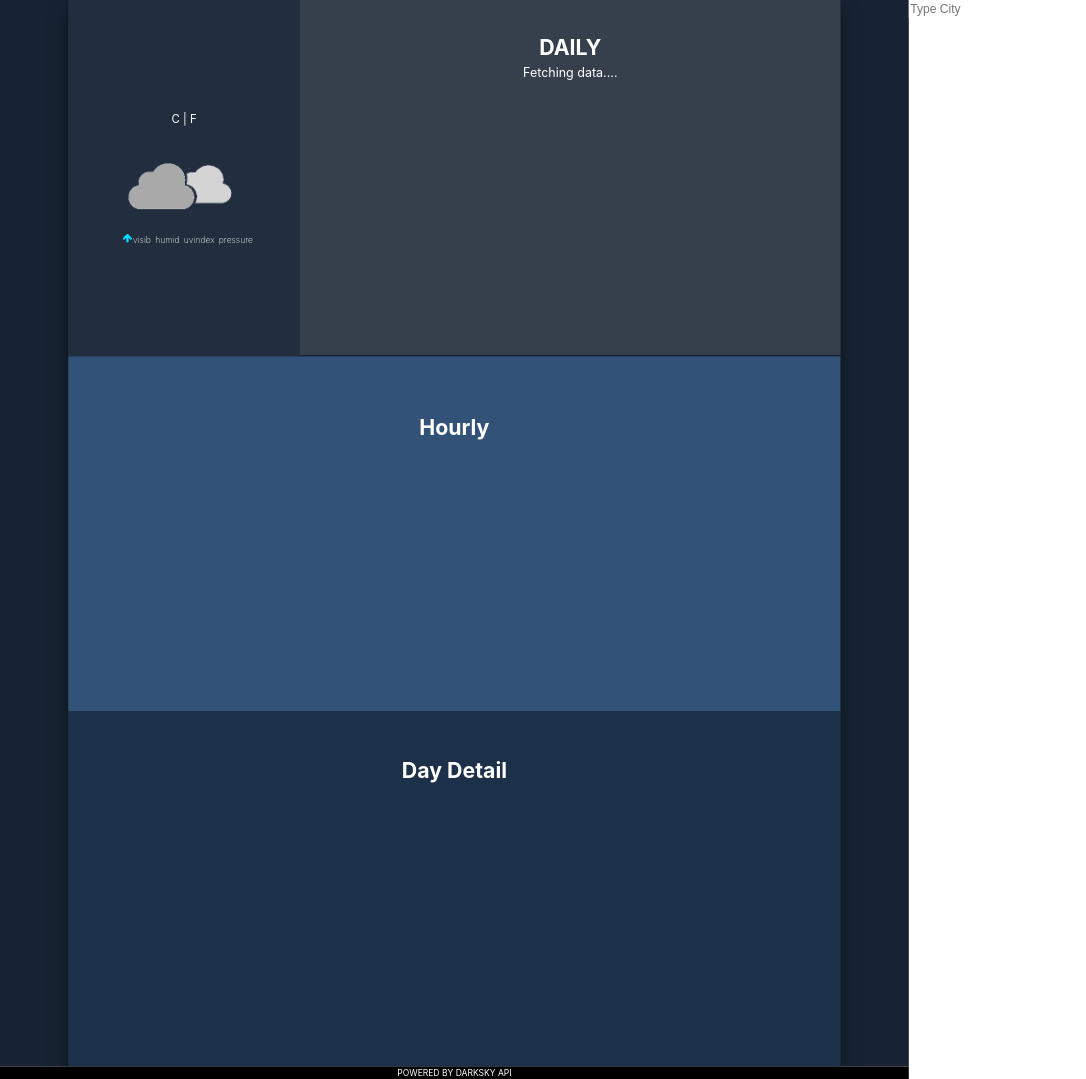
Repository: DOODpls/assignment3_weather
Page: index.html
An editor plug-in stored every save of this project. The page is shown before and after the next save, followed by the edit.
The browser window is 1280 px wide. The page is 1530 px wide, so the pictures cover 1530 px, including what lies to the right of the window. The pictures show the whole page, at 71% of full size.
Some web fonts or font styles are not loaded; a fallback is used. Some web libraries are served in a nearby version.

Above is the page before, as saved 2020-01-07 19:26:00.

### index.html
<!DOCTYPE html>
<html lang="en">
    <head>
        <meta charset="UTF-8" />
        <meta name="viewport" content="width=device-width, initial-scale=1.0" />
        <meta http-equiv="X-UA-Compatible" content="ie=edge" />
        <script src="https://ajax.googleapis.com/ajax/libs/jquery/1/jquery.min.js" type="text/javascript"></script>
        <script src="https://ajax.googleapis.com/ajax/libs/jqueryui/1.10.3/jquery-ui.min.js"></script>
        <script src="https://cdnjs.cloudflare.com/ajax/libs/font-awesome/5.11.2/js/all.js"></script>
        <title>The Weathering</title>
        <link rel="shortcut icon" href="./icons/favicon.ico" />
        <link
            rel="stylesheet"
            href="https://cdnjs.cloudflare.com/ajax/libs/bulma/0.7.5/css/bulma.min.css"
            integrity="sha256-vK3UTo/8wHbaUn+dTQD0X6dzidqc5l7gczvH+Bnowwk="
            crossorigin="anonymous"
        />
        <link
            rel="stylesheet"
            href="https://cdnjs.cloudflare.com/ajax/libs/open-iconic/1.1.1/font/css/open-iconic.min.css"
            integrity="sha256-CfN2r6i/dqkUHVRqpBzO3w21SnIWalwGfj5ScBPVzmI="
            crossorigin="anonymous"
        />
        <link rel="stylesheet" href="styles.css" />
    </head>
    <body>
        <div class="page">
            <div class="main-container">
                <div class="today-container">

                  <form action="" method="post" name="form_citydetails" id="form_citydetails" enctype="multipart/form-data" onsubmit="return false;">
                    <input class="ff_elem city-text" type="text" name="ff_nm_from[]" value="" id="f_elem_city" placeholder="Type City" onkeydown="search(this)"/>
                    </form>
                    <div class="today-stage">
                      <div class="unitswitcher">
                        <div class="celcius" id='cell'>C</div>
                        <br>
                        <p>&nbsp;|&nbsp;</p>
                        <div class="farenheight" id="farr">F</div>
                      </div>
                        <div class="info-holder">
                          <div class="preload"></div>
                          <canvas id="icon0" width="150" height="150"></canvas>
                          <p class="city"></p>
                          <p class="today-temp"></p>
                          <p class="today-description"></p>
                          <p class="today-minmax"></p>
                          <div class="sub-info">
                          <p class="app-temp"></p>
                          <div class="wind-holder">
                            <p class="wind-speed"></p>
                            <div class="wind-direction"></div>
                          </div>
                          <p class="visibility">visib</p>
                          <p class="humidity">humid</p>
                          <p class="uvindex">uvindex</p>
                          <p class="pressure">pressure</p>
                          </div>
                        </div>
                    </div>
                </div>

                <div class="week-container">
                  <p class="daily-title">DAILY</p>
                  <p class="week-summary">Fetching data....</p>
                  <div class="week-stage" id="week-stages">
                  </div>
                </div>
                <div class="hourly-container">
                  <p class="daily-title">Hourly</p>
                  <div class="hourly-row"></div>
                </div>
                <div class="day-details">
                  <div class="titlebar">
                    <p class="daily-title">Day Detail</p>
                    <p class="day-summ"></p>
                  </div>
                  <div class="summary-flex">
                  <div class="melovesomeclouds">
                    <p class="habanero"></p> <!-- have to name it like this bc for some readon uvindex(whatever) wont work  -->
                    <p class="cloud-cover"></p>
                  </div>

                  <div class="sunny">
                    <p class="sunrise"></p>
                    <p class="sunset"></p>
                  </div>

                  <div class="airwater">
                    <p class="humidity2"></p>
                    <p class="dew-point"></p>
                  </div>

                  <div class="wind">
                    <p class="ave-windspeed"></p>
                    <p class="ave-windgust"></p>
                  </div>
                </div>
                </div>
            </div>
        </div>
        <footer class="foooterrr">
          <a href="https://darksky.net/dev">POWERED BY DARKSKY API</a>
        </footer>
        <script src="./skycons.js"></script>
        <script src="./app.js"></script>
    </body>
</html>

### styles.css

.page {
  display: flex;
  color: white;
  justify-content: center;
  flex-wrap: wrap;
  background-color: #172332;
  width: 100%;
  height: 100%;
  overflow: hidden;
}
.main-container {
  height: 100%;
  width: 85vw;
  overflow-y: hidden;
  box-sizing: content-box;
  display: flex;
  justify-content: flex-start;
  flex-wrap: wrap;
  box-shadow: 0 14px 28px rgba(0, 0, 0, 0.25), 0 10px 10px rgba(0, 0, 0, 0.22);
}
.today-container {
  flex: 30%;
  display: flex;
  height: 502px;
  background: #222e3e;
  justify-content: center;
  align-items: center;
  overflow: hidden;
}
.unitswitcher{
  color: white;
  display: flex;
  justify-content: center;
}
.celcius, .farenheight{
  text-decoration: none;
  color: white;
}
.celcius:hover, .farenheight:hover{
  color: rgb(161, 161, 161);
}
.ui-helper-hidden-accessible{
  visibility: hidden;
  position: absolute;
}


.ui-autocomplete {
  position: absolute;
  top: 100%;
  left: 0;
  z-index: 1000;
  float: left;
  display: none;
  min-width: 160px;
  padding: 4px 0;
  margin: 0 0 10px 25px;
  list-style: none;
  background-color: #36404d;
  border-color: #ccc;
  border-color: rgba(0, 0, 0, 0.2);
  border-style: solid;
  border-width: 1px;
  -webkit-border-radius: 5px;
  -moz-border-radius: 5px;
  border-radius: 5px;
  -webkit-box-shadow: 0 5px 10px rgba(0, 0, 0, 0.2);
  -moz-box-shadow: 0 5px 10px rgba(0, 0, 0, 0.2);
  box-shadow: 0 5px 10px rgba(0, 0, 0, 0.2);
  -webkit-background-clip: padding-box;
  -moz-background-clip: padding;
  background-clip: padding-box;
  *border-right-width: 2px;
  *border-bottom-width: 2px;
}

.ui-menu-item > a.ui-corner-all {
  display: block;
  padding: 3px 15px;
  clear: both;
  font-weight: normal;
  line-height: 18px;
  color: #ffffff;
  white-space: nowrap;
  text-decoration: none;
}

.ui-state-hover, .ui-state-active {
  color: #ffffff;
  text-decoration: none;
  background-color: #0088cc;
  border-radius: 0px;
  -webkit-border-radius: 0px;
  -moz-border-radius: 0px;
  background-image: none;
}


.preload{
  background-image: url(./preloader.gif);
  height: 170px;
  width: 170px;
  background-size: 170px;
  position: absolute;
  top: 0;
  display: none;
}
.today-stage {
    position: relative;
    /* background: rgba(0, 0, 0, 0.2); */
}
/* #icon1{
  background-image: url(./preloader.gif);
  background-size: 150px;
} */
.today-icon {
    font-size: 140px;
    opacity: 0.17;
}
.city{
  transition-duration: .5s;
}
.today-temp {
    font-weight: 900;
    font-size: 50px;
    transition-duration: .5s;
}

.info-holder{
  display: flex;
  flex-direction: column;
  justify-content: center;
  align-items: center;
  position: relative;
}
.city-text{
  border-radius: 0px;
  width: 250px;
  height: 25px;
  font-family: Arial, Helvetica, sans-serif;
  font-size: 17px;
  color: #555;
  border: none;
  box-sizing: border-box;
  position: absolute;
  right: -250px;
  top: 0;
}
.sub-info{
  display: flex;
  justify-content: space-around;
  flex-direction: row;
  flex-wrap: wrap;
  width: 200px;
  transition-duration: .5s;
}
.app-temp{
    font-weight: 200;
    font-size: 12px;
}
.visibility{
  font-weight: 200;
  font-size: 12px;
}
.humidity{
  font-weight: 200;
  font-size: 12px;
}
.uvindex{
  font-weight: 200;
  font-size: 12px;
}
.pressure{
  font-weight: 200;
  font-size: 12px;
}
.today-minmax {
    font-weight: 400;
    font-size: 18px;
    opacity: 0.4;
    left: 0;
    transition-duration: .5s;
}
.today-description {
    font-weight: 400;
    font-size: 18px;
    transition-duration: .5s;
}
.wind-holder{
  display: flex;
  flex-direction: row;
}
.wind-direction{
    background-image: url('./icons/general_icon/arrow-up.svg');
    height: 13px;
    width: 13px;
    background-size: 13px;
    position: relative;
    left: 5px;
    transition-duration: .5s;
}
.wind-speed{
    font-weight: 200;
    font-size: 12px;
}
.week-container {
    flex: 70%;
  height: 500px;
  width: auto;
  background-color: #36404d;
  display: flex;
  justify-content: center;
  flex-direction: column;
  align-items: center;
}
.week-summary{
  font-size: 1.1em;
  height: auto;
  width: auto;
  margin-left: 20px;
  margin-right: 20px;
  margin-bottom: 20px;
  transition-duration: .5s;
}
.week-stage {
  height: 320px;
  width: auto;
  display: flex;
  justify-content: space-between;

}


/* Track */
.week-day-container {
    height: auto;
    width: 100px;
    margin-left: 20px;
    margin-right: 20px;
    display: flex;
    flex-direction: column;
    justify-content: space-aroud;
    align-items: center;
    position: relative;
    transition-duration: .5s;
}
.week-day-container:hover{
  opacity: .5;
}
@media (max-width:1890px){
  .week-stage {
  width: 80vmin;
  overflow-x: scroll;
  overflow-y: hidden;
  }

}


.week-day-container p {
    font-weight: 400;
    font-size: 12px;
    color: white;
}

.week-day-container span {
    opacity: 0.17;
    font-size: 24px;
    margin: 0;
}
.hourly-container{
  height: 500px;
  width: 100%;
  background-color: #335277;
  display: flex;
  justify-content: center;
  flex-direction: column;
  align-items: center;
}
.hourly-row{
  display: flex;
  flex-direction: row;
  width: 1500px;
  overflow-x: scroll;
  overflow-y: hidden;
  height: 300px;
}

.hourly-cards{
  font-weight: 400;
    font-size: 12px;
    color: white;
    width: 150px;
    display: flex;
    flex-direction: column;
    justify-content: center;
    align-items: center;
    margin-left: 20px;
  margin-right: 20px;
  transition-duration: .5s;
}
.hourly-cards p{
  font-weight: 400;
    font-size: 12px;
    color: white;
}
.loopwind{
  width: auto;
  display: flex;
  flex-direction: row;
  align-items: center;
}
.arrow-rotator{
  background-image: url('./icons/general_icon/arrow-up.svg');
  height: 10px;
  width: 10px;
  background-size: 10px;
  position: relative;
  margin-right: 5px;
  transition-duration: .5s;
}

@media (max-width:1800px){
  .hourly-row{
    width: 80vw;
  }
}

/* width */
::-webkit-scrollbar {
  width: 10px;
  height: 10px;
  border-radius: 20px;
}

/* Track */
::-webkit-scrollbar-track {
  background: #f1f1f1;
  border-radius: 20px;
}

/* Handle */
::-webkit-scrollbar-thumb {
  background: #888;
  border-radius: 20px;
}

/* Handle on hover */
::-webkit-scrollbar-thumb:hover {
  background: #555;
}
.day-details{
  display: flex;
  justify-content: space-around;
  flex-direction: column;
  align-items: center;
  width: 100%;
  height: 500px;
  background-color: #1c3049;
}

.titlebar{
  display: flex;
  flex-direction: column;
  align-items: center;
  justify-content: center;
  align-content: space-between;
  height: 250px;
  margin-left: 10px;
  margin-right: 10px;
  text-align: center;
}
.daily-title{
  font-size: 30px;
  font-weight: bold;
}
.day-summ{
  font-size: 20px;
  position: relative;
  top: 30px;
}
.wind, .airwater, .sunny, .melovesomeclouds{
  font-size: 20px;
  font-weight: bold;
  width: 300px;
  transition-duration: .5s;
  text-align: center;
}
.summary-flex{
  display: flex;
  justify-content: space-around;
  align-items: center;
  flex-wrap: wrap;
  width: 800px;
  height: 500px;
  background-color: #1c3049;
  transition-duration: .5s;
}

@media (max-width: 950px){
  .summary-flex{
    width: 100%;
    margin-right: 5px;
    margin-left: 5px;
  }

}

@media (max-width:705px){
  .wind, .airwater, .sunny, .melovesomeclouds{
    font-size: 20px;
    font-weight: bold;
    display: flex;
    justify-content: center;
    flex-direction: column;
    align-items: center;
    margin-left: 10px;
    margin-right: 10px;
  }

  .main-container {
    width: 100%;
  }
  .week-container{
    flex: none;
    width: 100%;
  }
  .week-stage, .hourly-row{
    width: 90%;
  }
}
@media (max-width:260px){
  .city-text{
    width: 100%;
  }
}
.foooterrr{
  background-color: black;
  color: white;
  font-size: 12px;
  display: flex;
  justify-content: center;
  flex-direction: column;
  align-items: center;
}
a{
  text-decoration: none;
  color: white;
}

Loaded but not shown: skycons.js (726 lines, source omitted); app.js (331 lines, source omitted)

After the next save:
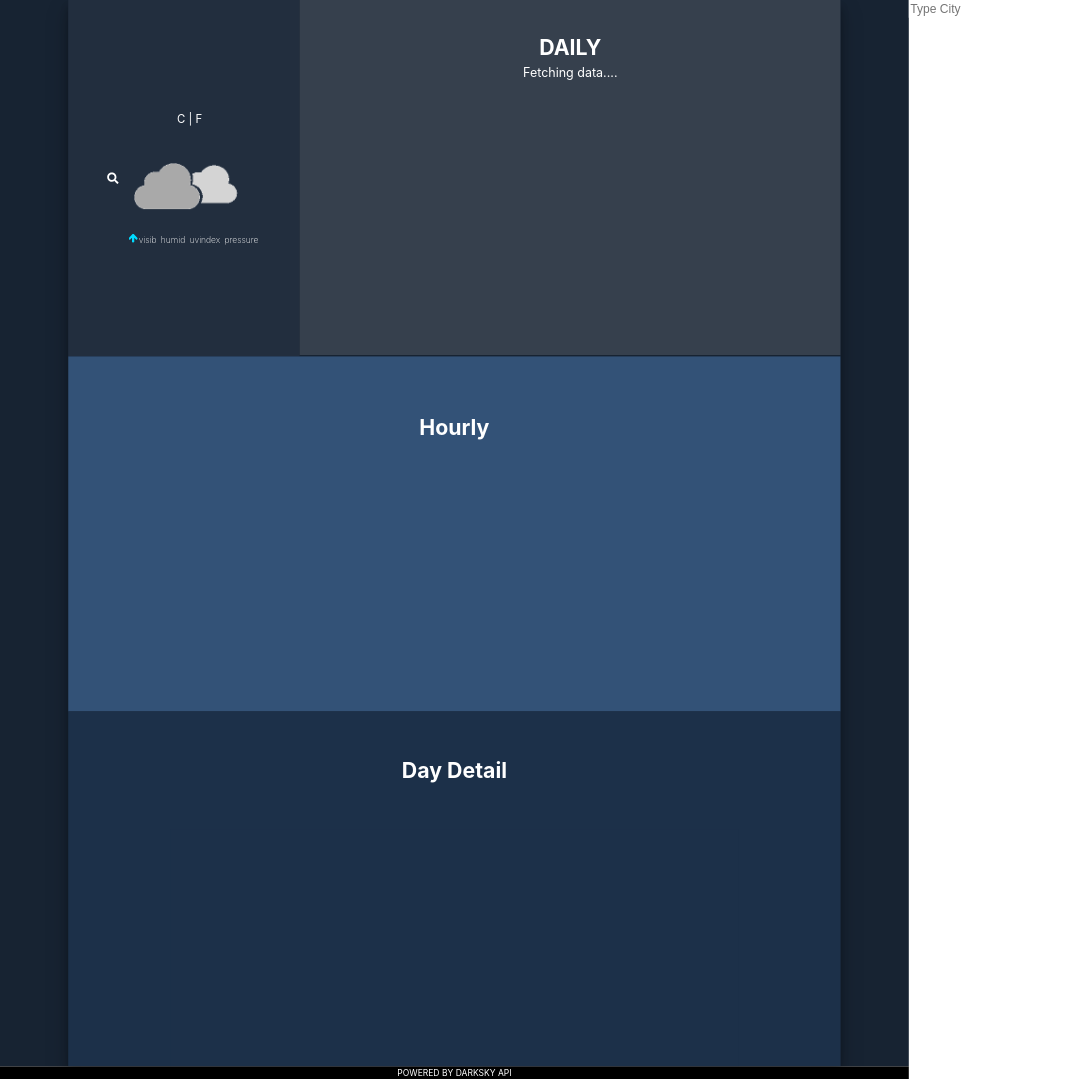
Saved 37 s later.
--- a/index.html
+++ b/index.html
@@ -27,7 +27,7 @@
         <div class="page">
             <div class="main-container">
                 <div class="today-container">
-
+                  <i class="fas fa-search"></i>
                   <form action="" method="post" name="form_citydetails" id="form_citydetails" enctype="multipart/form-data" onsubmit="return false;">
                     <input class="ff_elem city-text" type="text" name="ff_nm_from[]" value="" id="f_elem_city" placeholder="Type City" onkeydown="search(this)"/>
                     </form>
